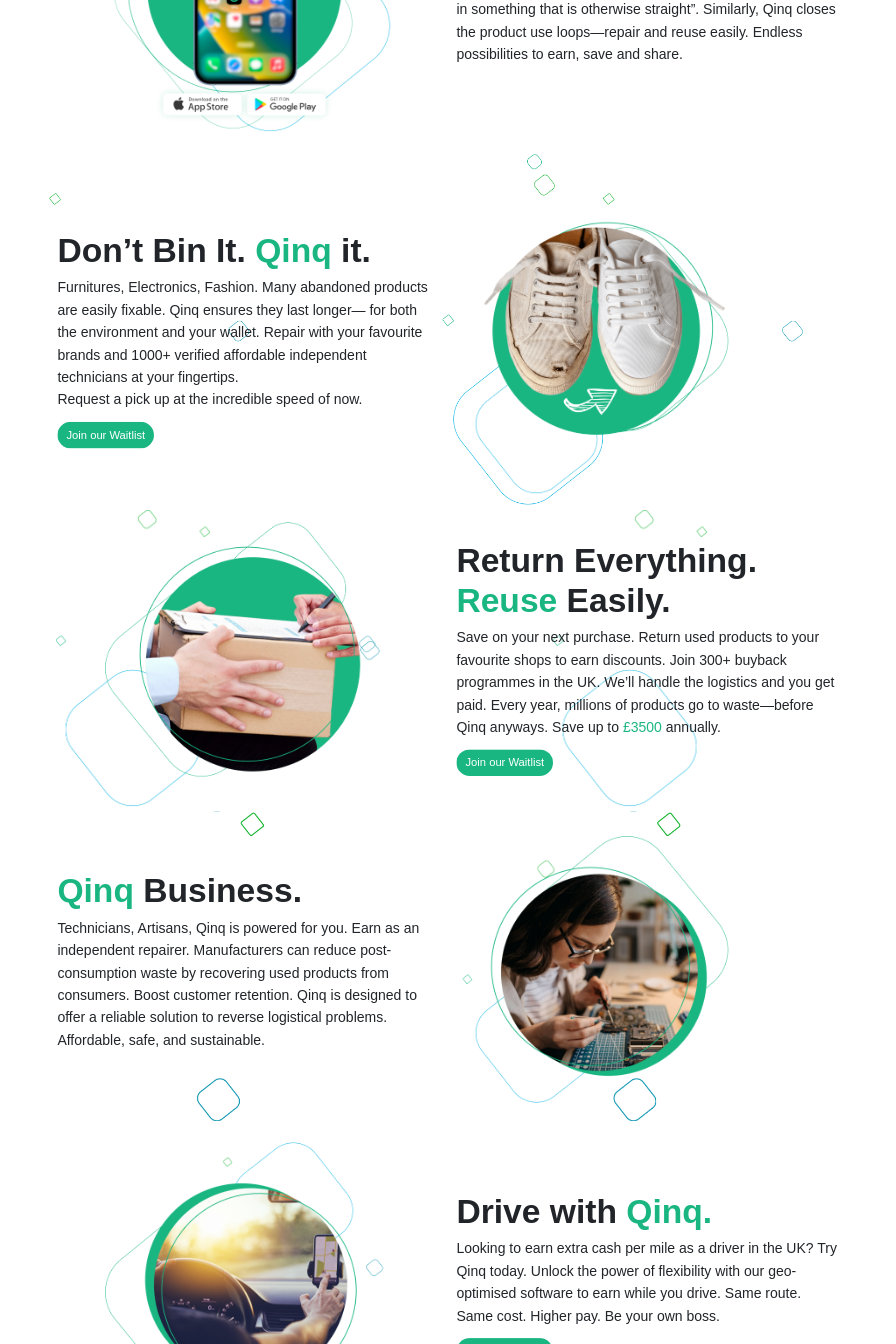
Repository: HelloQinq2023/qinq.github.io
Page: index.html
An editor plug-in stored every save of this project. The page is shown before and after the next save, followed by the edit.
The browser window is 1280 px wide. The pictures show the part of the page from y = 1131 to 3051 px (the page is 3722 px tall before and 3693 px after), at 70% of full size.
Backgrounds fixed to the window are drawn as part of the page. Some web fonts or font styles are not loaded; a fallback is used.

Above is the page before, as saved 2023-03-01 17:38:36.

After the next save:
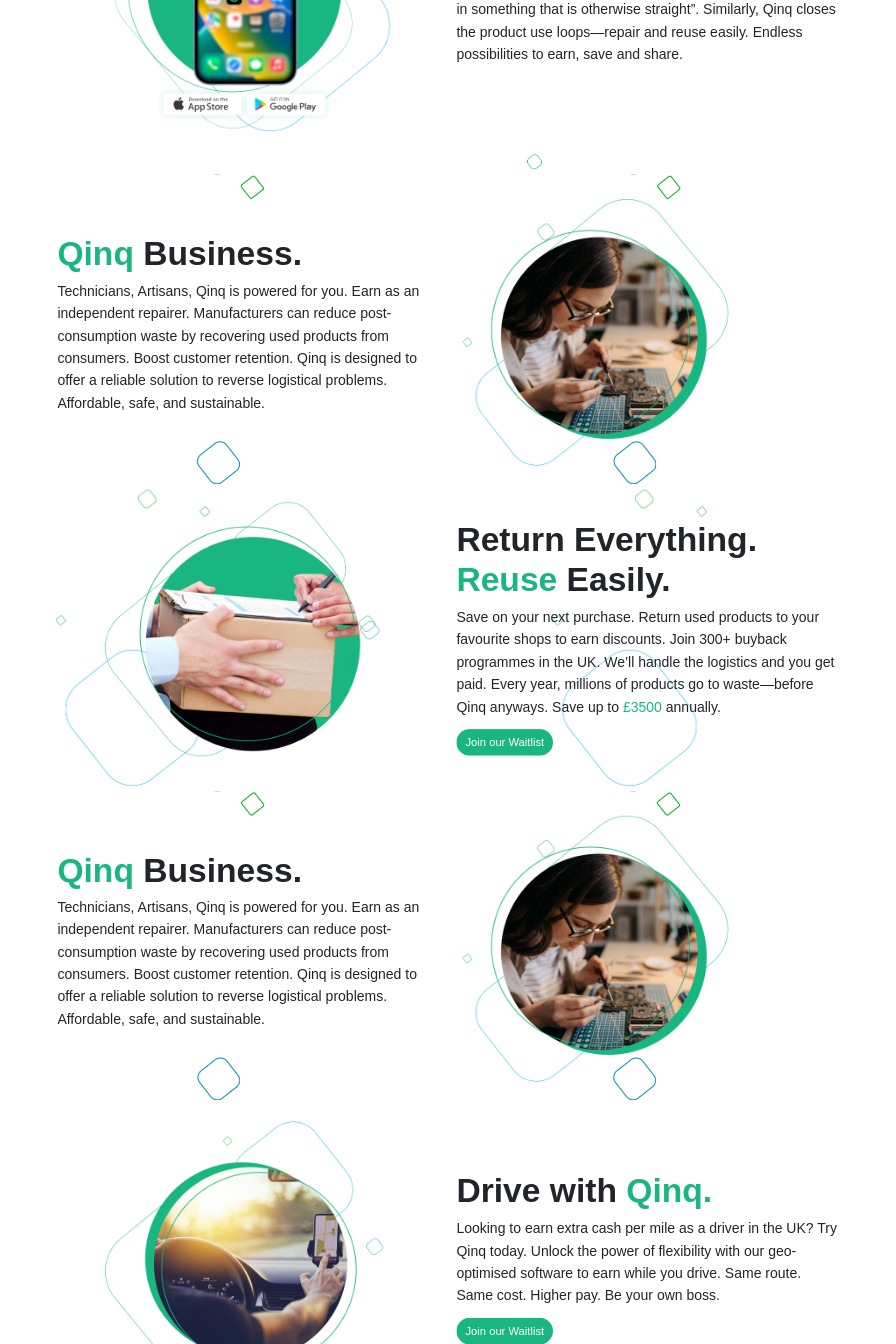
Saved 2 min 40 s later.
--- a/index.html
+++ b/index.html
@@ -110,28 +110,24 @@
         </div>
 
 
-        <div class="container py-3 mt-2" style="background:url('images/about2section.png'); background-size:contain">
-            <div class="row">
-              <div class="col-md-6 d-flex justify-content-center align-items-center d-block d-md-none">
-                  <img src="images/about2.png" class="w-75 img-fluid img-responsive img">
-              </div>
-                <div class="col-md-6 d-flex justify-content-center align-items-center">
-                    <div>
-                        <h2 class="display-5" style="font-weight:600">Don’t Bin It. <span class="green">Qinq</span> it.</h2>
-                        <p>Furnitures, Electronics, Fashion.
-                            Many abandoned products are easily fixable. Qinq ensures they last longer— for both the environment and your wallet.
-                            Repair with your favourite brands and 1000+ verified affordable independent technicians at your fingertips.
-                            <br>
-                            Request a pick up at the incredible speed of now.</p>
-                            <button class="btn greenbg text-white rounded-pill"> Join our Waitlist</button>
-                    </div>
-                </div>
-                <div class="col-md-6 d-flex justify-content-center align-items-center d-none d-md-block">
-                    <img src="images/about2.png" class="w-75 img-fluid img-responsive img">
-                </div>
-            </div>
-
-        </div>
+        <div class="container py-3 mt-2" style="background:url('images/features2bg.png'); background-size:contain; background-position:center 10%">
+          <div class="row">
+                <div class="col-md-6 d-flex justify-content-center align-items-center d-block d-md-none">
+                  <img src="images/features1.png" class="w-75 img-fluid img-responsive img">
+                </div>
+              <div class="col-md-6 d-flex justify-content-center align-items-center">
+                  <div>
+                      <h2 class="display-5" style="font-weight:600"><span class="green">Qinq</span> Business.</h2>
+                      <p>Technicians, Artisans, Qinq is powered for you. Earn as an independent repairer.
+                          Manufacturers can reduce post-consumption waste by recovering used products from consumers. Boost customer retention. Qinq is designed to offer a reliable solution to reverse logistical problems. Affordable, safe, and sustainable.</p>
+                  </div>
+              </div>
+              <div class="col-md-6 d-flex justify-content-center align-items-center d-none d-md-block">
+                <img src="images/features1.png" class="w-75 img-fluid img-responsive img">
+            </div>
+          </div>
+
+      </div>
 
       </section>
 

After the save that followed:
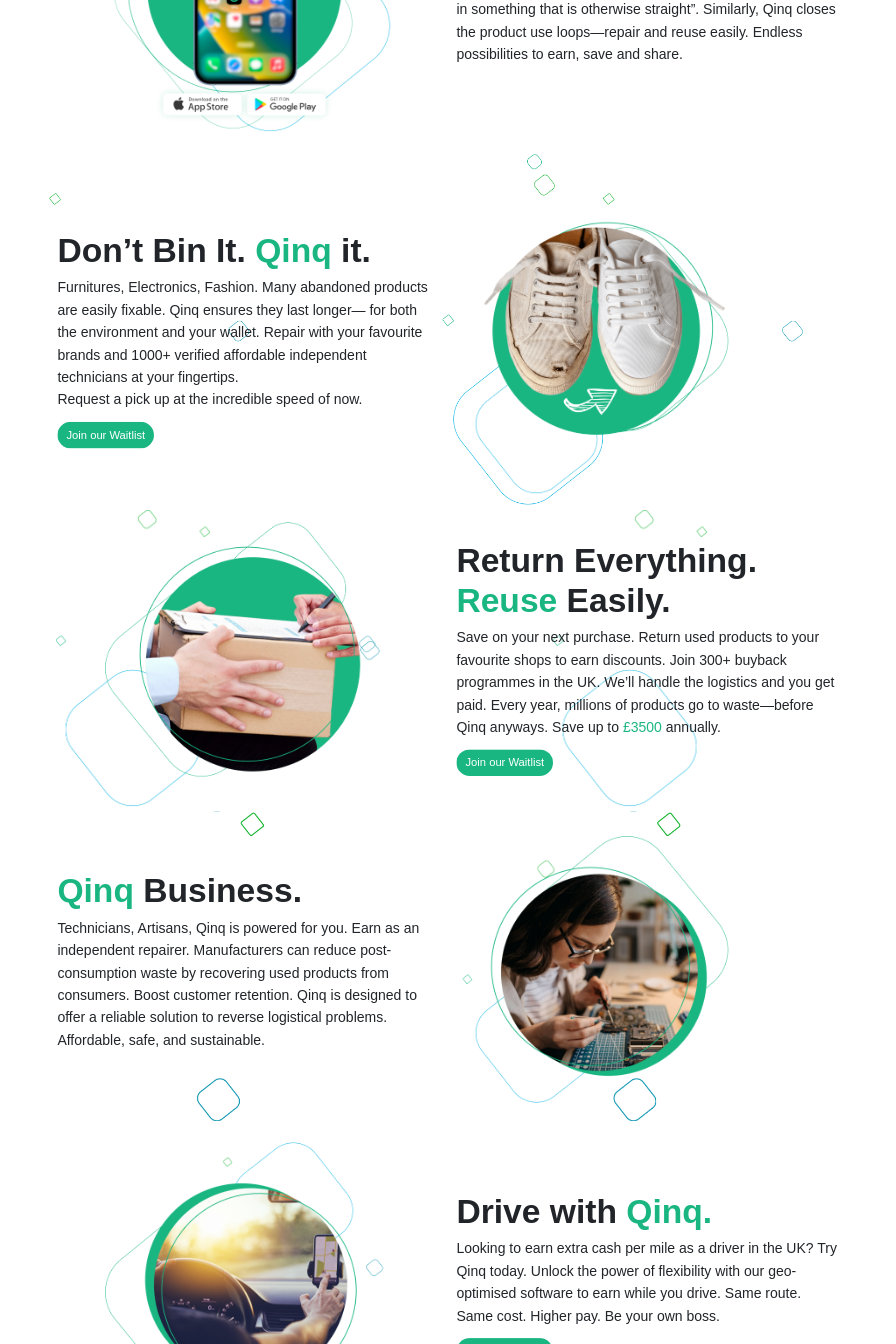
Saved 23 s later.
--- a/index.html
+++ b/index.html
@@ -110,24 +110,28 @@
         </div>
 
 
-        <div class="container py-3 mt-2" style="background:url('images/features2bg.png'); background-size:contain; background-position:center 10%">
-          <div class="row">
-                <div class="col-md-6 d-flex justify-content-center align-items-center d-block d-md-none">
-                  <img src="images/features1.png" class="w-75 img-fluid img-responsive img">
-                </div>
-              <div class="col-md-6 d-flex justify-content-center align-items-center">
-                  <div>
-                      <h2 class="display-5" style="font-weight:600"><span class="green">Qinq</span> Business.</h2>
-                      <p>Technicians, Artisans, Qinq is powered for you. Earn as an independent repairer.
-                          Manufacturers can reduce post-consumption waste by recovering used products from consumers. Boost customer retention. Qinq is designed to offer a reliable solution to reverse logistical problems. Affordable, safe, and sustainable.</p>
-                  </div>
-              </div>
-              <div class="col-md-6 d-flex justify-content-center align-items-center d-none d-md-block">
-                <img src="images/features1.png" class="w-75 img-fluid img-responsive img">
-            </div>
-          </div>
-
-      </div>
+        <div class="container py-3 mt-2" style="background:url('images/about2section.png'); background-size:contain">
+            <div class="row">
+              <div class="col-md-6 d-flex justify-content-center align-items-center d-block d-md-none">
+                  <img src="images/about2.png" class="w-75 img-fluid img-responsive img">
+              </div>
+                <div class="col-md-6 d-flex justify-content-center align-items-center">
+                    <div>
+                        <h2 class="display-5" style="font-weight:600">Don’t Bin It. <span class="green">Qinq</span> it.</h2>
+                        <p>Furnitures, Electronics, Fashion.
+                            Many abandoned products are easily fixable. Qinq ensures they last longer— for both the environment and your wallet.
+                            Repair with your favourite brands and 1000+ verified affordable independent technicians at your fingertips.
+                            <br>
+                            Request a pick up at the incredible speed of now.</p>
+                            <button class="btn greenbg text-white rounded-pill"> Join our Waitlist</button>
+                    </div>
+                </div>
+                <div class="col-md-6 d-flex justify-content-center align-items-center d-none d-md-block">
+                    <img src="images/about2.png" class="w-75 img-fluid img-responsive img">
+                </div>
+            </div>
+
+        </div>
 
       </section>
 
